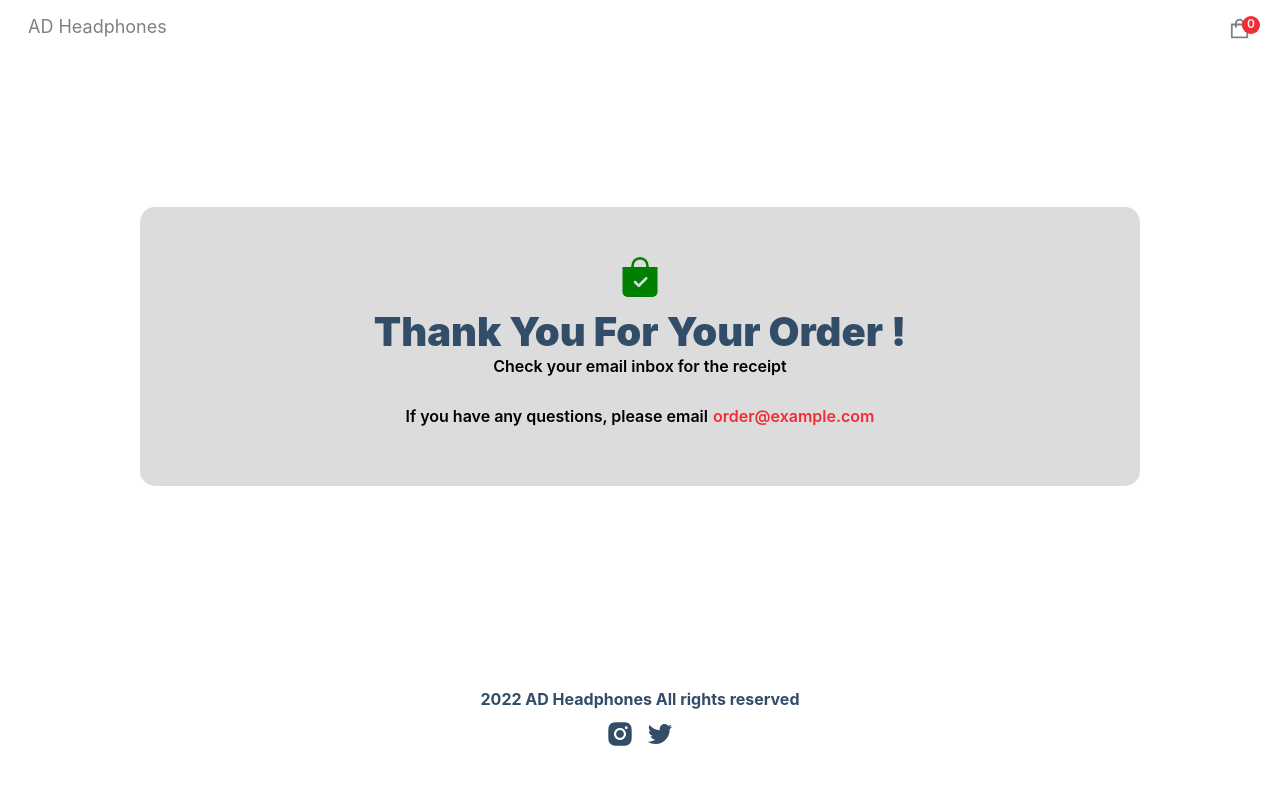
Repository: Ayush-dixit-15/AD_Headphones
Page: /success
An editor plug-in stored every save of this project. The page is shown before and after the next save, followed by the edit.
The browser window is 1280 px wide. The pictures show the whole page.
The project was rebuilt for these pictures with package versions that can differ from the ones it lists, and the page was loaded fresh each time. The framework's server and built-in components were replaced by stand-ins that run in the browser. Also part of the build but not shown: next.config.js, lib/client.js, lib/getStripe.js, components/Cart.jsx, components/FooterBanner.jsx, components/Product.jsx, components/MainBanner.jsx.

Above is the page before, as saved 2022-07-25 17:55:24.

After the next save:
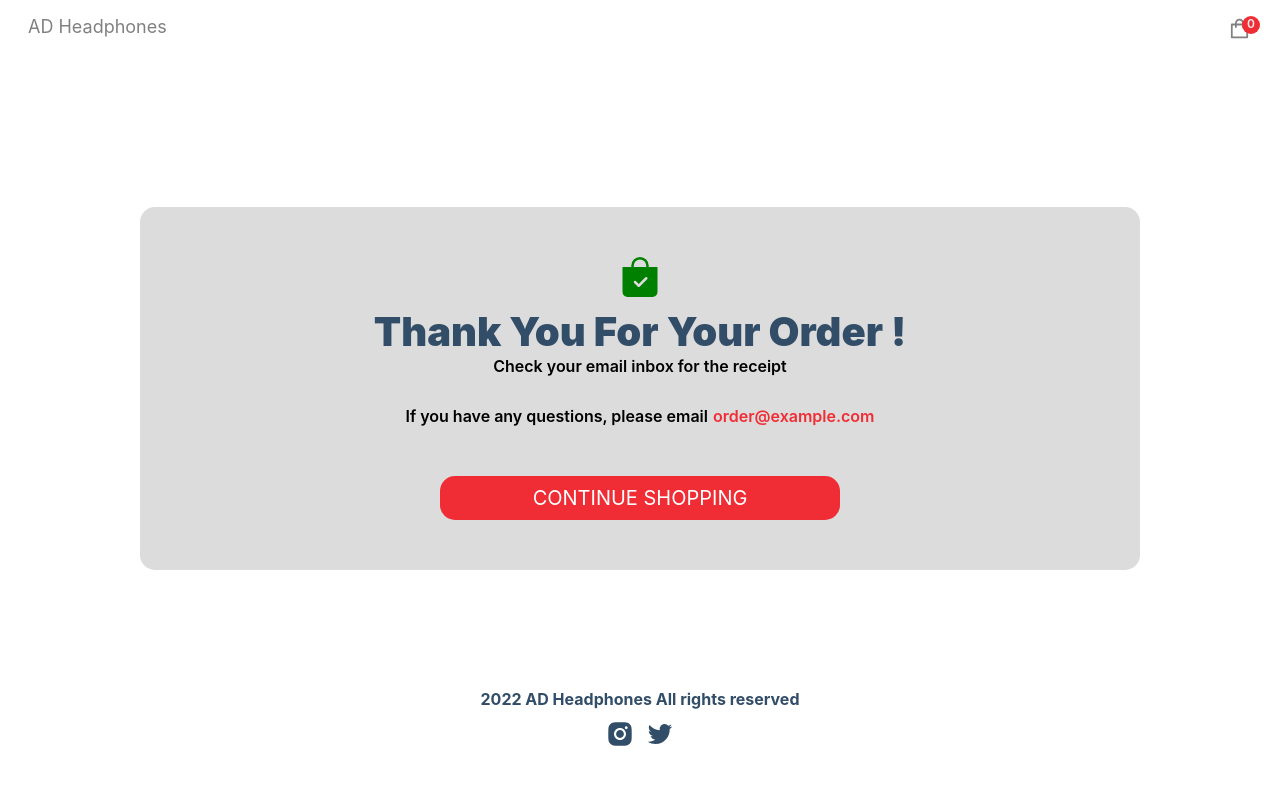
Saved 92 s later.
--- a/pages/success.js
+++ b/pages/success.js
@@ -22,6 +22,11 @@ const Success = () => {
                 If you have any questions, please email
                 <a href="mailto:order@example.com" className="email">order@example.com</a>
             </p>
+            <Link href = "/">
+                <button className="btn" type="button" width="300px">
+                  Continue Shopping
+                </button>
+            </Link>
         </div>
     </div>
   )
